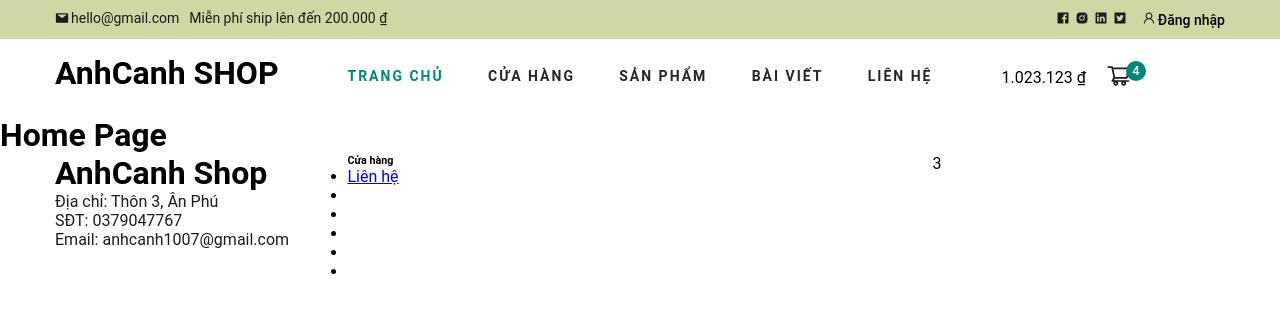
Repository: anhcanh1007/show_product
Page: /
These files come from the project's save history. The page is drawn as it stood at one moment and after the next save; the edit follows.
The browser window is 1280 px wide. The pictures show the whole page.
The project was rebuilt for these pictures with package versions that can differ from the ones it lists, and the page was loaded fresh each time. Imported but missing from the stored project, and not drawn on this page: src/pages/user/profilePage.

Above is the page before, as saved 2024-01-26 14:48:12.

### src/index.js
import React from "react";
import ReactDOM from "react-dom/client";
import { BrowserRouter } from "react-router-dom";
import RouterCustom from "./router";
import "./style/style.scss";

const root = ReactDOM.createRoot(document.getElementById("root"));
root.render(
  <BrowserRouter>
    <RouterCustom />
  </BrowserRouter>
);

// If you want to start measuring performance in your app, pass a function
// to log results (for example: reportWebVitals(console.log))
// or send to an analytics endpoint. Learn more: https://bit.ly/CRA-vitals

### src/router.js
import { ROUTERS } from "./utils/router";
import HomePage from "./pages/user/homePage";
import ProfilePage from "./pages/user/profilePage";
import { Route, Routes } from "react-router-dom";
import MasterLayout from "./pages/user/theme/masterLayout";

const renderUserRouter = () => {
  const userRouters = [
    {
      path: ROUTERS.USER.HOME,
      component: <HomePage />,
    },
    {
      path: ROUTERS.USER.PROFILE,
      component: <ProfilePage />,
    },
  ];

  return (
    <MasterLayout>
      <Routes>
        {userRouters.map((item, key) => (
          <Route key={key} path={item.path} element={item.component} />
        ))}
      </Routes>
    </MasterLayout>
  );
};

const RouterCustom = () => {
  return renderUserRouter();
};

export default RouterCustom;

### src/style/style.scss
@import './pages/all';
@import './pages/responsive';

### src/utils/router.js
export const ROUTERS = {
  USER: {
    HOME: "",
    PROFILE: "thong-tin-ca-nhan",
  },
};

### src/pages/user/homePage/index.js
import { memo } from "react";

const HomePage = () => {
  return <h1>Home Page</h1>;
};

export default memo(HomePage);

### src/pages/user/theme/masterLayout/index.js
import { memo } from "react";
import Header from "../header";
import Footer from "../footer";

const MasterLayout = ({ children, ...props }) => {
  return (
    <div {...props}>
      <Header />
      {children}
      <Footer />
    </div>
  );
};

export default memo(MasterLayout);

### src/style/pages/_all.scss
@use "sass:map";
@import './theme';
@import './responsive';

html, body {
    margin: 0;
}

* {
    font-family: Roboto;
    padding: 0;
    margin: 0;
}

.container {
    max-width: 1170px;
    width: 100%;
    padding-left: 15px;
    padding-right: 15px;
    // background: map.get($theme-colors, "main");
    margin: auto;
}

.row {
    display: flex;
    flex-wrap: wrap;
}

.col-6 {
    flex: 0 0 50%;
    max-width: 50%;
}

.col-lg-3 {
    flex: 0 0 25%;
    max-width: 25%;
}

.col-lg-6 {
    flex: 0 0 50%;
    max-width: 50%;
}

@include Responsive($DESTOP) {
    .col-xl-3 {
        flex: 0 0 25%;
        max-width: 25%;
    }
    .col-xl-6 {
        flex: 0 0 50%;
        max-width: 50%;
    }
}

@include Responsive($MEDIUM_DEVICE) {
    .col-lg-3 {
        flex: 0 0 25%;
        max-width: 25%;
        background: red;
    }
}

### src/style/pages/_theme.scss
$theme-colors : (
    "main" : #008874,
    "normal_text": #1c1c1c,
    "bold_text": #252525,
)

### src/style/pages/_responsive.scss
$DESTOP: "DESTOP";
$MEDIUM_DEVICE: "MEDIUM_DEVICE";
$TABLE_DEVICE: "TABLE_DEVICE";
$WIDE_MOBILE: "WIDE_MOBILE";
$SMALL_DEVICES: "SMALL_DEVICES";

@mixin Responsive($canvas) {
    @if $canvas == $DESTOP {
        @media only screen and (min-width: 1200px){
            @content;
        }
    } @else if $canvas == $MEDIUM_DEVICE {
        @media only screen and (min-width: 992px) and (max-width: 1199px){
            @content;
        }
    } @else if $canvas == $TABLE_DEVICE {
        @media only screen and (min-width: 768px) and (max-width: 991px){
            @content;
        }
    } @else if $canvas == $WIDE_MOBILE {
        @media only screen and (max-width: 767px){
            @content;
        }
    } @else if $canvas == $MEDIUM_DEVICE {
        @media only screen and (max-width: 575px){
            @content;
        }
    }
}

### src/pages/user/theme/header/index.js
import { memo, useState } from "react";
import {
  AiFillFacebook,
  AiFillInstagram,
  AiFillLinkedin,
  AiFillMail,
  AiFillTwitterSquare,
  AiOutlineShoppingCart,
  AiOutlineUser,
} from "react-icons/ai";
import "./style.scss";
import { Link } from "react-router-dom";
import { formater } from "utils/formater";
import { ROUTERS } from "utils/router";

const Header = () => {
  const [menus, setMenus] = useState([
    {
      name: "Trang chủ",
      path: ROUTERS.USER.HOME,
    },
    {
      name: "Cửa hàng",
      path: ROUTERS.USER.HOME,
    },
    {
      name: "Sản phẩm",
      path: "",
      isShowSubmenu: false,
      child: [
        {
          name: "Thịt",
          path: "",
        },
        {
          name: "Rau củ",
          path: "",
        },
        {
          name: "Thức ăn nhanh",
          path: "",
        },
      ],
    },
    {
      name: "Bài viết",
      path: ROUTERS.USER.HOME,
    },
    {
      name: "Liên hệ",
      path: ROUTERS.USER.HOME,
    },
  ]);
  return (
    <>
      <div className="header__top">
        <div className="container">
          <div className="row">
            <div className="col-6 header__top_left">
              <ul>
                <li>
                  <AiFillMail />
                  <span>hello@gmail.com</span>
                </li>
                <li>Miễn phí ship lên đến {formater(200000)}</li>
              </ul>
            </div>
            <div className="col-6 header__top_right">
              <ul>
                <li>
                  <Link to={""}>
                    <AiFillFacebook />
                  </Link>
                </li>
                <li>
                  <Link to={""}>
                    <AiFillInstagram />
                  </Link>
                </li>
                <li>
                  <Link to={""}>
                    <AiFillLinkedin />
                  </Link>
                </li>
                <li>
                  <Link to={""}>
                    <AiFillTwitterSquare />
                  </Link>
                </li>
                <li>
                  <Link to={""}>
                    <AiOutlineUser />
                  </Link>
                  <span>Đăng nhập</span>
                </li>
              </ul>
            </div>
          </div>
        </div>
      </div>
      <div className="container">
        <div className="row">
          <div className="col-xl-3">
            <div className="header__logo">
              <h1>AnhCanh SHOP</h1>
            </div>
          </div>
          <div className="col-xl-6">
            <nav className="header__menu">
              <ul>
                {menus?.map((menu, menuKey) => (
                  <li key={menuKey} className={menuKey === 0 ? "active" : ""}>
                    <Link to={menu.path}>{menu.name}</Link>
                    {menu.child && (
                      <ul className="header__menu_dropdown">
                        {menu.child.map((childItem, childKey) => (
                          <li key={`${menuKey}-${childKey}`}>
                            <Link to={childItem.path}>{childItem.name}</Link>
                          </li>
                        ))}
                      </ul>
                    )}
                  </li>
                ))}
              </ul>
            </nav>
          </div>
          <div className="col-xl-3">
            <div className="header__cart">
              <div className="header__cart_price">
                <span>{formater(1023123)}</span>
              </div>
              <ul>
                <li>
                  <Link to="#">
                    <AiOutlineShoppingCart /> <span>4</span>
                  </Link>
                </li>
              </ul>
            </div>
          </div>
        </div>
      </div>
    </>
  );
};

export default memo(Header);

### src/pages/user/theme/footer/index.js
import { memo } from "react";
import "./style.scss";
import { Link } from "react-router-dom";

const Footer = () => {
  return (
    <>
      <footer className="footer">
        <div className="container">
          <div className="row">
            <div className="col-lg-3">
              <div className="footer__about">
                <h1 className="footer__about_logo">AnhCanh Shop</h1>
                <ul>
                  <li>Địa chỉ: Thôn 3, Ân Phú</li>
                  <li>SĐT: 0379047767</li>
                  <li>Email: anhcanh1007@gmail.com</li>
                </ul>
              </div>
            </div>
            <div className="col-lg-6">
              <div className="footer__widget">
                <h6>Cửa hàng</h6>
                <ul>
                  <li>
                    <Link to="">Liên hệ</Link>
                  </li>
                  <li>
                    <Link to=""></Link>
                  </li>
                  <li>
                    <Link to=""></Link>
                  </li>
                </ul>
                <ul>
                  <li>
                    <Link to=""></Link>
                  </li>
                  <li>
                    <Link to=""></Link>
                  </li>
                  <li>
                    <Link to=""></Link>
                  </li>
                </ul>
              </div>
            </div>
            <div className="col-lg-3">3</div>
          </div>
        </div>
      </footer>
    </>
  );
};

export default memo(Footer);

### src/pages/user/theme/header/style.scss
@use "sass:map";
@import 'style/pages/_theme.scss';
.header__top{
    background-color: #CFD7A4;
}

.header__top_left {
    padding: 10px 0 10px;
    ul {
        display: flex;
        align-items: center;
        column-gap: 10px;
        list-style: none;

        li{
            font-size: 14px;
            color: map.get($theme-colors, "normal_text");
            display: flex;
            align-items: center;
            column-gap: 2px;
        }
    }
}

.header__top_right {
    display: flex;
    justify-content: flex-end;
    padding: 10px 0 10px;
    align-items: center;

    ul {
        display: flex;
        column-gap: 5px;
        list-style: none;

        li:last-child{
            margin-left: 10px;

            span {
                font-size: 14px;
                margin-left: 2px;
                font-weight: 500;
            }
        }

        a {
            font-size: 14px;
            display: inline-block;
            color: map.get($theme-colors, "normal_text");
        }
    }
}

.header__logo {
    padding: 15px 0;
}

.header__menu {
    padding: 24px 0;

    ul {
        display: flex;
        justify-content: space-between;

        li {
            list-style: none;

            a {
                text-decoration: none;
                font-size: 14px;
                color: map.get($theme-colors, 'bold_text');
                font-weight: bold;
                text-transform: uppercase;
                letter-spacing: 2px;
                transition: all 0.3s;
                padding: 5px 0;
                display: block;
            }
        }

        li:hover .header__menu_dropdown {
            opacity: 1;
            visibility: visible;
        }

        .active a{
            color: map.get($theme-colors, 'main');
        }

        .header__menu_dropdown {
            background-color: #222222;
            display: block;
            position: absolute;
            width: 180px;
            z-index: 9;
            padding: 5px 0;
            transition: all, 0.3s;
            opacity: 0;
            visibility: hidden;

            a{
                text-transform: capitalize;
                color: #ffffff;
                font-weight: 400;
                padding: 5px 15px;
            }

            :hover {
                color: map.get($theme-colors, 'main');
            }
        }
    }
}

.header__cart {
    display: flex;
    justify-content: center;
    align-items: center;
    padding: 24px 0;

    ul {
        display: flex;
        margin-right: 25px;

        li {
            list-style: none;
            position: relative;
            margin-left: 20px;

            svg {
                font-size: 25px;
                color: map.get($theme-colors, "normal_text");
            }

            span {
                color: white;
                background-color: map.get($theme-colors, "main");
                position: absolute;
                height: 20px;
                width: 20px;
                border-radius: 40px;
                display: inline-block;
                text-align: center;
                line-height: 20px;
                font-size: 13px;
                font-weight: 500;
                left: 20px;
                top: -2px;
            }
        }
    }

}

### src/utils/formater.js
export const formater = (number) => {
  return new Intl.NumberFormat("vi-VN", {
    style: "currency",
    currency: "VND",
  }).format(number);
};

### src/pages/user/theme/footer/style.scss
@use "sass:map";
@import 'style/pages/_theme.scss';

.footer {
    .footer__about {


        .footer__about_logo {

        }

        ul {

            li {
                list-style: none;
                color: map.get($theme-colors, 'normal_text');
            }
        }
    }
}

Loaded but not shown: public/index.html (common file)

After the next save:
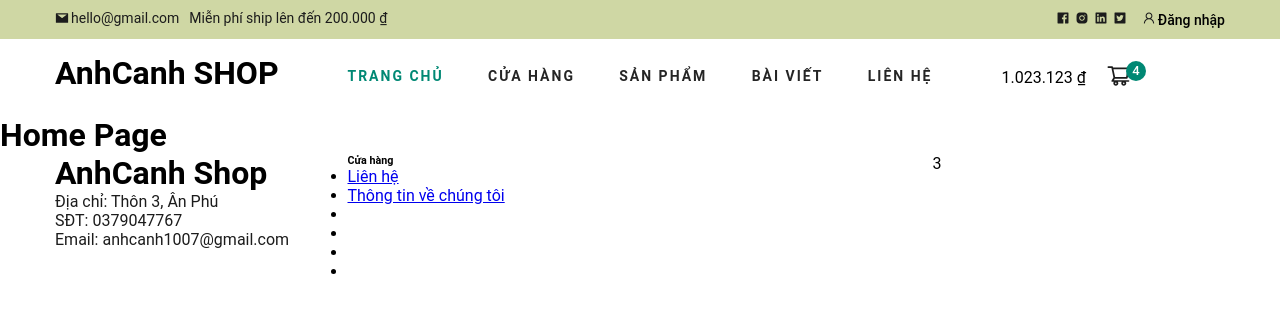
Saved 7 s later.
--- a/src/pages/user/theme/footer/index.js
+++ b/src/pages/user/theme/footer/index.js
@@ -26,7 +26,7 @@ const Footer = () => {
                     <Link to="">Liên hệ</Link>
                   </li>
                   <li>
-                    <Link to=""></Link>
+                    <Link to="">Thông tin về chúng tôi</Link>
                   </li>
                   <li>
                     <Link to=""></Link>
